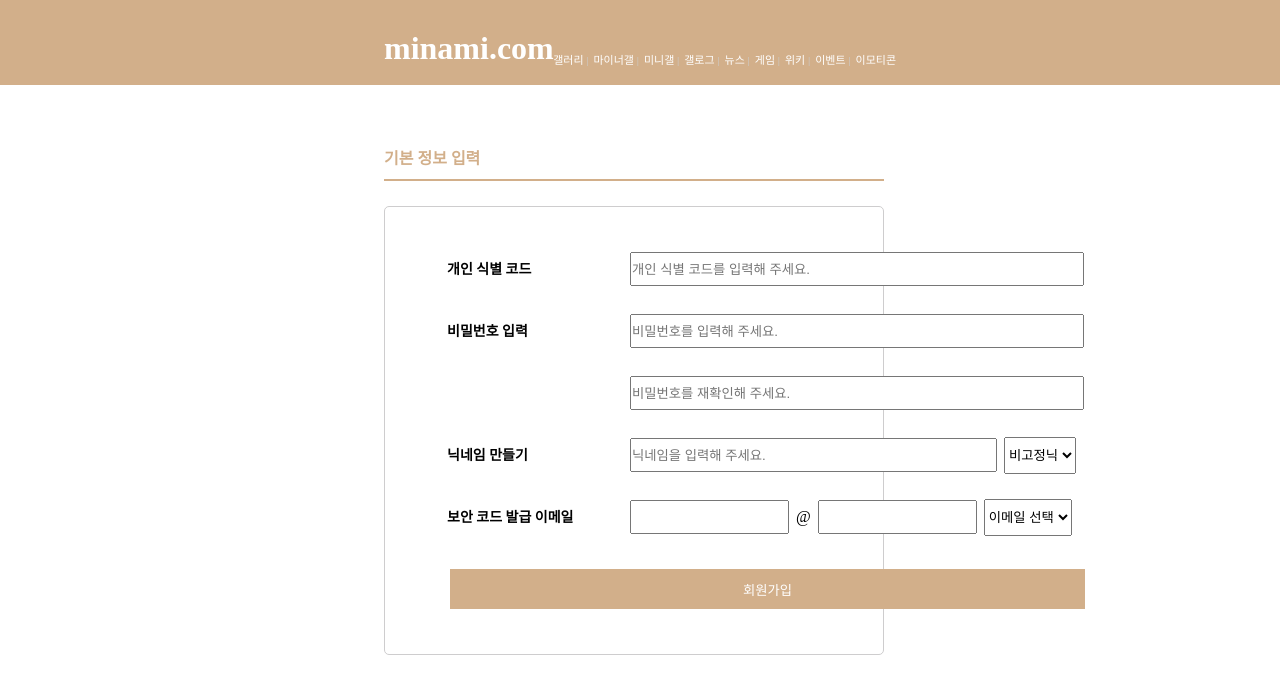
Repository: Minami0717/JSP_Study
Page: http://localhost/JSP_Gall/jsp/joinForm.jsp
The author's editor kept a copy of each file at every save. The page is drawn from the files as they stood at one save, then again after the next save.
The browser window is 1280 px wide. The pictures show the whole page.
The page is served by Tomcat 9.

Above is the page before, as saved 2023-02-15 07:09:04.

After the next save:
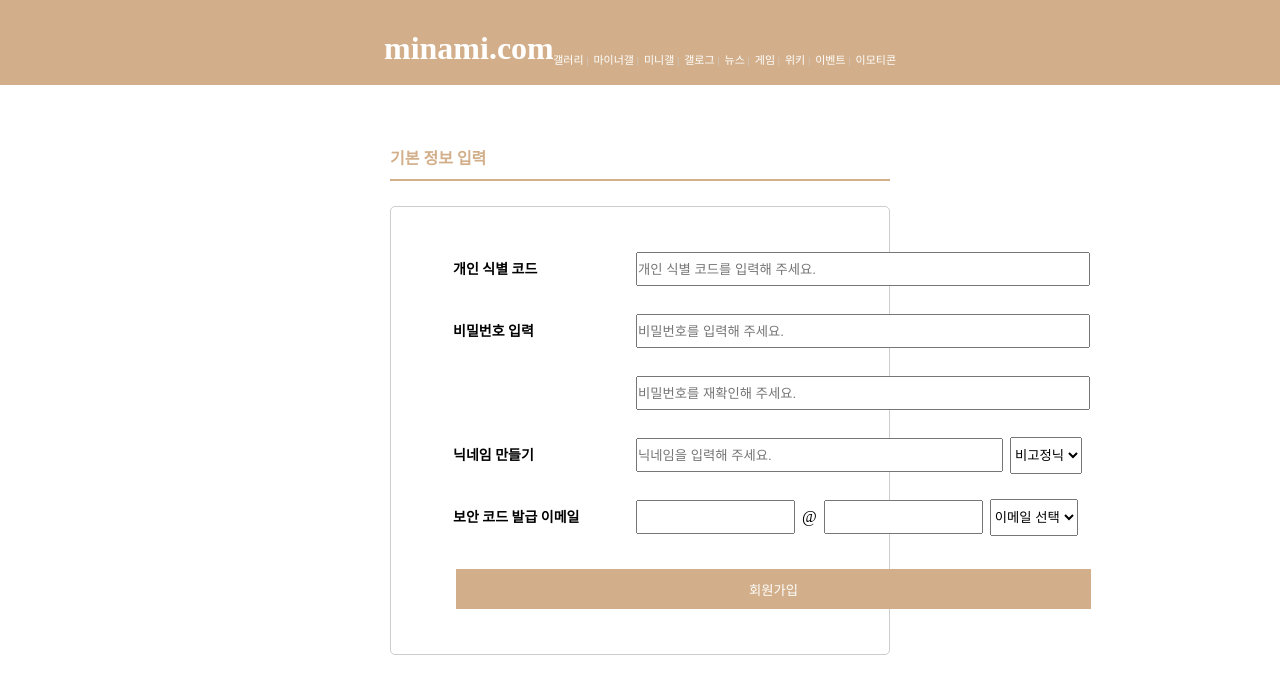
Saved 6 s later.
--- a/JSP_Gall/src/main/webapp/jsp/joinForm.jsp
+++ b/JSP_Gall/src/main/webapp/jsp/joinForm.jsp
@@ -17,7 +17,7 @@
 	header ul {position: absolute; right: 30%; top: 50px;}
 	header h1 {position: absolute; left: 30%; top: 30px;}
 
-	section {width: 500px; margin: 0 30%;}
+	section {width: 500px; margin: 0 auto;}
 	section div:first-child {border-bottom: 2px solid #d2af8a; padding: 10px 0; margin-top: 50px;}
 	section div:first-child h4 {color: #d2af8a}
 	section div:nth-child(2) {border: 1px #cecdce solid; border-radius: 5px; margin: 25px 0; padding: 30px 50px;}
